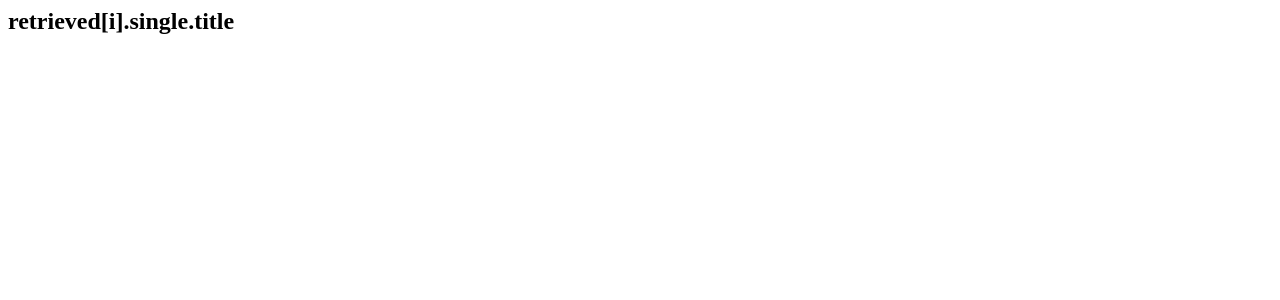
Repository: pixman92/GitTab
Page: testing.html
The author's editor kept a copy of each file at every save. The page is drawn from the files as they stood at one save, then again after a run of saves.
The browser window is 1280 px wide. The pictures show the whole page.

Above is the page before, as saved 2020-01-29 21:41:25.

### testing.html


<div class="gridSaved">
    <div class="margBottom"><h2>retrieved[i].single.title</h2></div>
    <div>

    </div>

</div>

After the next 2 saves:
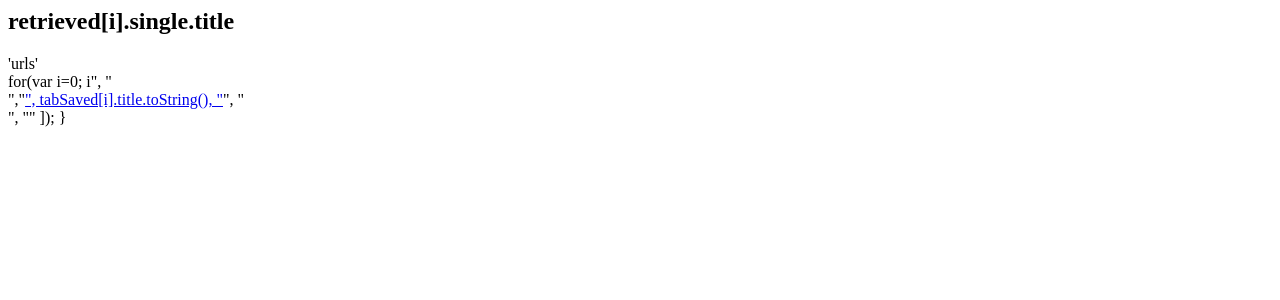
The 2 saves are shown as one change because they came seconds apart.
The last was saved 15 s later.
--- a/testing.html
+++ b/testing.html
@@ -3,7 +3,13 @@
 <div class="gridSaved">
     <div class="margBottom"><h2>retrieved[i].single.title</h2></div>
     <div>
-
+        'urls'
     </div>
 
 </div>
+
+
+for(var i=0; i<tabSaved.length; i++){
+    //required \" to make URL (a href) work!
+    str+=makeStr(["<div class='grid1'>", "<div>","<a target='_blank'  href=\"", tabSaved[i].url.toString(), "\">", tabSaved[i].title.toString(), "</a>", "</div>", "</div>" ]);
+}
